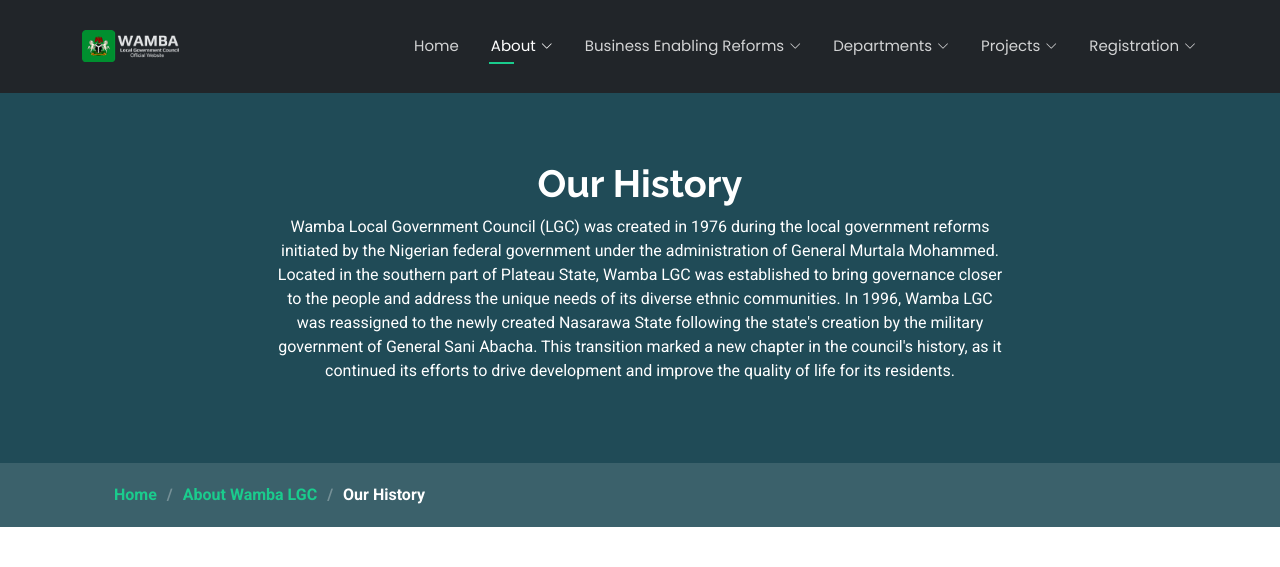
Repository: GlorifiedIntel/wamba-lgc
Page: wamba-history.html
An editor plug-in stored every save of this project. The page is shown before and after the next save, followed by the edit.
The browser window is 1280 px wide. The pictures show the part of the page from y = 0 to 567 px (the page is 4117 px tall).
A picture or video elsewhere on the page could not be fetched, so the positions and the page height are approximate.

Above is the page before, as saved 2025-02-06 03:39:12.
Console error: TypeError: Cannot read properties of null (reading 'click')

### wamba-history.html
<!DOCTYPE html>
<html lang="en">

<head>
  <meta charset="utf-8">
  <meta http-equiv="X-UA-Compatible" content="IE=edge">
  <meta name="viewport" content="width=device-width, initial-scale=1.0">
  <meta name="format-detection" content="telephone=no">
  <meta name="apple-mobile-web-app-capable" content="yes">
  <meta name="author" content="Kevin Cross Minchakpu">
  <meta name="keywords" content="Wamba, Nasarawa, Industry, Trade, Investment, Entrepreneur">
  <meta name="description" content="Wamba Local Government Council is one of the administrative divisions within Nasarawa State, Nigeria. It is located in the northern part of the state and is predominantly inhabited by diverse ethnic groups, including Rindre, and other indigenous communities.Wamba Local Government Council is one of the administrative divisions within Nasarawa State, Nigeria. It is located in the northern part of the state and is predominantly inhabited by diverse ethnic groups, including Rindre, and other indigenous communities.">
  <title>Wamba Local Government Council</title>
  <!-- Favicons -->
  <link href="assets/img/favicon.png" rel="icon">
  <link href="assets/img/apple-touch-icon.png" rel="apple-touch-icon">

  <!-- Fonts -->
  <link href="https://fonts.googleapis.com" rel="preconnect">
  <link href="https://fonts.gstatic.com" rel="preconnect" crossorigin>
  <link href="https://fonts.googleapis.com/css2?family=Roboto:ital,wght@0,100;0,300;0,400;0,500;0,700;0,900;1,100;1,300;1,400;1,500;1,700;1,900&family=Poppins:ital,wght@0,100;0,200;0,300;0,400;0,500;0,600;0,700;0,800;0,900;1,100;1,200;1,300;1,400;1,500;1,600;1,700;1,800;1,900&family=Raleway:ital,wght@0,100;0,200;0,300;0,400;0,500;0,600;0,700;0,800;0,900;1,100;1,200;1,300;1,400;1,500;1,600;1,700;1,800;1,900&display=swap" rel="stylesheet">

  <!-- Vendor CSS Files -->
  <link href="assets/vendor/bootstrap/css/bootstrap.min.css" rel="stylesheet">
  <link href="assets/vendor/bootstrap-icons/bootstrap-icons.css" rel="stylesheet">
  <link href="assets/vendor/aos/aos.css" rel="stylesheet">
  <link href="assets/vendor/glightbox/css/glightbox.min.css" rel="stylesheet">
  <link href="assets/vendor/swiper/swiper-bundle.min.css" rel="stylesheet">

  <!-- Main CSS File -->
  <link href="assets/css/main.css" rel="stylesheet">
</head>

<body class="index-page">
  <header id="header" class="header d-flex align-items-center fixed-top bg-dark">
    <div class="container-fluid container-xl position-relative d-flex align-items-center justify-content-between">
      <a href="index.html" class="logo d-flex align-items-center">
        <img src="assets/img/wamba-logo-2.png" alt="Logo" >
      </a>
      <nav id="navmenu" class="navmenu">
        <ul>
          <li><a href="index.html">Home</a></li>
          <li class="dropdown"><a href="about-mtii.html" class="active"><span>About</span> <i class="bi bi-chevron-down toggle-dropdown"></i></a>
            <ul>
              <li><a href="about-mtii.html">Nasarawa MTII</a></li>
                  <li><a href="mtii-history.html">MTII History</a></li>
                  <li><a href="the-commissioner.html" >The Commissioner</a></li>
                  <li><a href="the-secretary.html" >The Permanent Secretary</a></li>
                  <li><a href="directors.html" >Our Directors</a></li>
                  <li><a href="contact-us.html" >Our Contact</a></li>
            </ul>
          </li>

          <li class="dropdown"><a href="business-reforms.html"><span>Business Enabling Reforms</span> <i class="bi bi-chevron-down toggle-dropdown"></i></a>
            <ul>
              <li><a href="business-plans.html">Business Enabling Action Plan</a></li>
                  <li><a href="grievance.html">Grievance Redress Mechanism</a></li>
                  <li><a href="application-guidelines.html" >Application Guidelines</a></li>
                  <li><a href="legal-framework.html" >Legal Framework</a></li>
                  <li><a href="investment-opportunities.html" >Investment Opportunities</a></li>
            </ul>
          </li>

          <li class="dropdown"><a href="departments.html"><span>Departments</span> <i class="bi bi-chevron-down toggle-dropdown"></i></a>
            <ul>
              <li><a href="admin.html">Administration & Supply</a></li>
              <li><a href="cooperative.html">Cooperative & Thrift</a></li>
              <li><a href="finance.html">Finance & Account</a></li>
              <li><a href="investment.html">Industry & Investment</a></li>
              <li><a href="planning.html">Planning/Research/Statistics</a></li>
              <li><a href="trade.html">Trade</a></li>
            </ul>
          </li>

          <li class="dropdown"><a href="projects.html"><span>Projects</span> <i class="bi bi-chevron-down toggle-dropdown"></i></a>
            <ul>
              <li><a href="completed.html">Completed Projects</a></li>
                  <li><a href="ongoing.html">Ongoing Projects</a></li>
                  <li><a href="proposed.html" >Proposed Projects</a></li>
            </ul>
          </li>

          <li class="dropdown"><a href="registration.html"><span>Registration</span> <i class="bi bi-chevron-down toggle-dropdown"></i></a>
            <ul>
              <li><a href="howtoregister.html">How To Register</a></li>
                  <li><a href="online-registration.html">Online Registration</a></li>
                  <li><a href="businame-name.html" >Business Name Registration</a></li>
                  <li><a href="business-premises.html" >Business Premises Registration</a></li>
                  <li><a href="faqs.html" >FAQs</a></li>
            </ul>
          </li>
        </ul>
        <i class="mobile-nav-toggle d-xl-none bi bi-list"></i>
      </nav>

    </div>
  </header>

  <main class="main">

    <!-- Page Title -->
    <div class="page-title dark-background" data-aos="fade">
      <div class="heading">
        <div class="container">
          <div class="row d-flex justify-content-center text-center">
            <div class="col-lg-8">
              <h1>Our History</h1>
              <p class="mb-0">Wamba Local Government Council (LGC) was created in 1976 during the local government reforms initiated by the Nigerian federal government under the administration of General Murtala Mohammed. Located in the southern part of Plateau State, Wamba LGC was established to bring governance closer to the people and address the unique needs of its diverse ethnic communities. In 1996, Wamba LGC was reassigned to the newly created Nasarawa State following the state's creation by the military government of General Sani Abacha. This transition marked a new chapter in the council's history, as it continued its efforts to drive development and improve the quality of life for its residents.</p>
            </div>
          </div>
        </div>
      </div>
      <nav class="breadcrumbs">
        <div class="container">
          <ol>
            <li><a href="index.html">Home</a></li>
            <li><a href="about-mtii.html">About Wamba LGC</a></li>
            <li class="current">Our History</li>
          </ol>
        </div>
      </nav>
    </div><!-- End Page Title -->
    <section id="starter-section" class="starter-section section">
      <div class="container text-center">
        <div class="row justify-content-start">
          <div class="col-md-4 left-column">
            <div class="mtii-vertical-menu">
              <a href="about-mtii.html" class="active">About Wamba LGC</a>
              <a href="about-mtii.html">Our Mission</a>
              <a href="the-commissioner.html">The Executive Chairman</a>
              <a href="the-deputy.html">The Deputy Chairman</a>
              <a href="the-secretary.html">The Secretary</a>
              <a href="departments.html">Departments</a>
              <a href="registration-fee.html">Registration Fees</a>
              <a href="online-registration.html">Registration</a>
              <a href="strategic-plans.html">Strategic Plan</a>
              <a href="climate-change.html">Climate change Information Hub</a>
              <a href="our-history.html">Our History</a>
              <a href="our-policies.html">Our Policies</a>
              <a href="contact-us.html">Contact Us</a>
            </div>
            <img src="assets/img/biz-reform-3.jpg" alt="market" class="img-fluid mt-5">
            <img src="assets/img/medicals-2.jpg" alt="Health Worker" class="img-fluid mt-5">

          </div>
          <div class="col-md-8 right-column text-start">
            <h3>Creation and Early Years</h3>
            <p>Wamba Local Government Council (LGC) was established in [insert year of creation, if known], as part of the broader local government reforms in Nigeria aimed at bringing governance closer to the people. Located in Nasarawa State, Wamba LGC was carved out to serve the administrative, social, and economic needs of the Wamba community, which is predominantly inhabited by diverse ethnic groups, including the Rindre, Kantana people, among others. The creation of the LGC was a significant milestone in the region’s development, providing a platform for grassroots governance and community-driven progress.            </p>
          <h3>Early Development and Challenges</h3>
          <p>In its early years, Wamba LGC faced numerous challenges, including limited infrastructure, inadequate public services, and a lack of economic opportunities. The council focused on establishing basic administrative structures, improving access to education and healthcare, and fostering unity among the diverse ethnic groups within its jurisdiction. Despite limited resources, the LGC made strides in promoting peace and cooperation among its communities, laying the foundation for future growth.</p>
          <h3>Socio-Economic Growth</h3>
          <p>Over the years, Wamba LGC has experienced significant socio-economic growth, driven by strategic development initiatives and community-driven projects. The council has prioritized infrastructure development, education, healthcare, and agriculture to improve the quality of life for its residents. Through partnerships with government agencies, non-profit organizations, and private sector stakeholders, Wamba LGC has implemented programs to address poverty, unemployment, and social inequality, fostering inclusive growth and sustainable development.</p>
          <h3>Cultural Heritage and Community Life</h3>
          <p>Wamba LGC is renowned for its rich cultural heritage, with traditional festivals, dances, and ceremonies playing a central role in community life. The council has consistently supported efforts to preserve and promote this heritage, fostering a sense of pride and identity among its people. Cultural events have also served as a platform for promoting unity and peaceful coexistence among the diverse ethnic groups in the area.          </p>
          <h3>Recent Developments and Achievements</h3>
          <p>In recent years, Wamba LGC has made significant progress in addressing key challenges and advancing its development agenda. The council has embraced technology and innovation to improve service delivery and governance. Efforts have been made to enhance education and healthcare services, with the construction of new schools and health centers. Infrastructure development has remained a priority, with ongoing projects to improve road networks and provide access to clean water and electricity.          </p>
        <h3>Environmental Sustainability</h3>
        <p>Wamba LGC is committed to environmental sustainability and has implemented initiatives to protect its natural resources and promote eco-friendly practices. The council has supported tree planting campaigns, waste management programs, and renewable energy projects to mitigate the impact of climate change and preserve the region’s biodiversity. By promoting environmental awareness and conservation, Wamba LGC is working to create a greener and more sustainable future for its residents.</p>
        <h3>Community Engagement and Governance</h3>
        <p>Community engagement and participatory governance are central to Wamba LGC’s development approach. The council has established mechanisms for citizen participation, feedback, and collaboration to ensure that community needs and priorities are reflected in its policies and programs. Through town hall meetings, community forums, and stakeholder consultations, Wamba LGC has fostered a culture of transparency, accountability, and inclusivity in its decision-making processes.</p>
        <h3>Vision for the Future</h3>
        <p>Looking ahead, Wamba LGC is committed to building on its achievements and addressing emerging challenges to realize its vision for the future. The council aims to promote sustainable development, economic growth, and social inclusion, guided by principles of equity, justice, and integrity. By harnessing the creativity, resilience, and potential of its people, Wamba LGC seeks to create a vibrant, prosperous, and harmonious community that serves as a model of excellence and innovation in Nasarawa State.</p>
        <h3>Conclusion</h3>
        <p>Wamba Local Government Council has played a pivotal role in the development of the Wamba community, providing essential services, fostering social cohesion, and driving economic progress. Through its commitment to good governance, community engagement, and sustainable development, the council has made significant contributions to the well-being and prosperity of its residents. As Wamba LGC continues on its development journey, it remains dedicated to building a brighter future for its people and creating a legacy of excellence that will endure for generations to come.</p>
        <h2>Major Policy Thrusts</h2>
          <p>Wamba LGC’s policy framework is guided by a comprehensive set of strategic objectives aimed at unlocking Nasarawa State's full economic potential and significantly improving the quality of life for its residents. These objectives are designed to harness the state’s abundant natural resources, human capital, and entrepreneurial spirit, fostering an environment that promotes sustainable development and inclusive growth. By aligning its policies with global best practices and state-specific needs, the Ministry seeks to drive innovation, create jobs, and ensure equitable access to economic opportunities across all sectors. The major policy thrusts include:</p>

      </div>
      </div>
    </section><!-- /Starter Section Section -->
    <div class="container">
       <div class="row justify-content-center">
			<div class="col-md-6">
				<!-- Step -->
        <div class="card rounded-0 text-center p-3 bg-light px-5 mb-5">
					<div class="d-flex rounded-circle mx-auto align-items-center justify-content-center text-white fs-3 fw-bold bg-primary border border-white border-4" style="width: 4rem; height:4rem; margin-top: -3rem;">
						1
					</div>
					<h5 class="mt-3">Optimum Utilization of Resources:</h5>
					<p class="text-muted">Wamba LGC is committed to ensuring the efficient and effective use of the state’s natural, human, and financial resources to achieve sustainable economic growth and development.</p>
				</div>
				<!-- Step -->
				<div class="card rounded-0 text-center p-3 bg-light px-5 mb-5">
					<div class="d-flex rounded-circle mx-auto align-items-center justify-content-center text-white fs-3 fw-bold bg-primary border border-white border-4" style="width: 4rem; height:4rem; margin-top: -3rem;">
						2
					</div>
					<h5 class="mt-3">Rural Industrialization through Cooperative Initiatives:</h5>
					<p class="text-muted">The Local Government focuses on stimulating industrial activities in rural areas by leveraging the cooperative approach and establishing catalytic projects. These initiatives aim to unlock the economic potential of rural communities and reduce urban migration.</p>
				</div>
				<!-- Step -->
				<div class="card rounded-0 text-center p-3 bg-light px-5 mb-5">
					<div class="d-flex rounded-circle mx-auto align-items-center justify-content-center text-white fs-3 fw-bold bg-primary border border-white border-4" style="width: 4rem; height:4rem; margin-top: -3rem;">
						3
					</div>
					<h5 class="mt-3">Promoting Private Sector Participation:</h5>
					<p class="text-muted">Wamba LGC actively creates opportunities for private sector engagement in the state’s economic development. By fostering a business-friendly environment, the Ministry encourages investment, innovation, and entrepreneurship to drive job creation and economic empowerment for the people of Nasarawa State.</p>
				</div>
        <p class="mx-5">Through its history and strategic focus, the Local Government remains a vital driver of Nasarawa State’s transformation into a thriving hub of trade, industry, and investment.</p>
        <a class="btn btn-dark my-5 align-items-center" href="#" role="button">Our Past Leaders</a>
      </div>
      <div >
     </div>
		</div>
	</div>
    </main>
  <!--Main End-->

<!--Footer Start-->
<footer id="footer" class="footer dark-background">

  <div class="container footer-top">
    <div class="row gy-4">
      <div class="col-lg-4 col-md-6 footer-about">
        <a href="index.html" class="logo d-flex align-items-center">
          <span class="sitename">Wamba LGC</span>
        </a>
        <div class="footer-contact pt-3">
         <p>Jos Road,</p>
          <p>Wamba, Nasarawa State </p>
          <p class="mt-3"><strong>Phone:</strong> <span>+234 5589 55488 55</span></p>
          <p><strong>Email:</strong> <span>info@wamba.gov.ng</span></p>
        </div>
        <div class="social-links d-flex mt-4">
          <a href="" title="Twitter"><i class="bi bi-twitter-x"></i></a>
          <a href="" title="Facebook"><i class="bi bi-facebook"></i></a>
          <a href="" title="Instagram"><i class="bi bi-instagram"></i></a>
          <a href="" title="LinkedIn"><i class="bi bi-linkedin"></i></a>
        </div>
      </div>

      <div class="col-lg-2 col-md-3 footer-links">
        <h4>Useful Links</h4>
        <ul>
          <li><a href="index.html">Home</a></li>
          <li><a href="about-mtii.html">About us</a></li>
          <li><a href="services.html">Services</a></li>
          <li><a href="terms-of-use.html">Terms of service</a></li>
          <li><a href="privacy-policy.html">Privacy policy</a></li>
        </ul>
      </div>

      <div class="col-lg-2 col-md-3 footer-links">
        <h4>Our Services</h4>
        <ul>
          <li><a href="business-premises.html">Business Premises Registration</a></li>
          <li><a href="ngo-cbo-registration.html">NGOs/CBOs Registration</a></li>
          <li><a href="fbo-registration.html">FBOS Registration</a></li>
          <li><a href="cooperative-registration.html">Co-operative Society Registration</a></li>
          <li><a href="rent.html">Rent/Leasing/Haulage</a></li>
        </ul>
      </div>

      <div class="col-lg-4 col-md-12 footer-newsletter">
        <h4>Our Newsletter</h4>
        <p>Subscribe to our newsletter and receive the latest news about our services!</p>
        <form action="forms/newsletter.php" method="post" class="php-email-form">
          <div class="newsletter-form"><input type="email" name="email"><input type="submit" value="Subscribe"></div>
          <div class="loading">Loading</div>
          <div class="error-message"></div>
          <div class="sent-message">Your subscription request has been sent. Thank you!</div>
        </form>
      </div>

    </div>
  </div>

  <div class="container-fluid copyright text-center mt-4 bg-dark">
    <p>© <span>Copyright</span> <strong class="px-1 sitename">Wamba LGC</strong> <span>All Rights Reserved</span></p>
    <div class="credits">
      Designed & Developed by <a href="https://kevinomics.com/">Kevin Cross Minchakpu</a> Powered By <a href="https://octatesystems.com">Octate Systems</a>
    </div>
  </div>

</footer>

<!-- Scroll Top -->

<button id="scroll-top" class="scroll-top d-flex bg-dark align-items-center justify-content-center" title="Scroll to top"><i class="bi bi-arrow-up-short"></i></button>
<!-- Preloader -->
<div id="preloader"></div>

<!-- Vendor JS Files -->
<script src="assets/vendor/bootstrap/js/bootstrap.bundle.min.js"></script>
<script src="assets/vendor/php-email-form/validate.js"></script>
<script src="assets/vendor/aos/aos.js"></script>
<script src="assets/vendor/glightbox/js/glightbox.min.js"></script>
<script src="assets/vendor/purecounter/purecounter_vanilla.js"></script>
<script src="assets/vendor/swiper/swiper-bundle.min.js"></script>

<!-- Main JS File -->
<script src="assets/js/main.js"></script>
<script src="assets/js/reforms.js"></script>

</body>
</html>

Loaded but not shown: assets/vendor/bootstrap/css/bootstrap.min.css (library); assets/vendor/bootstrap-icons/bootstrap-icons.css (library); assets/vendor/aos/aos.css (library); assets/vendor/glightbox/css/glightbox.min.css (library); assets/vendor/swiper/swiper-bundle.min.css (library); assets/vendor/bootstrap/js/bootstrap.bundle.min.js (library); assets/vendor/php-email-form/validate.js (common file); assets/vendor/aos/aos.js (library); assets/vendor/glightbox/js/glightbox.min.js (library); assets/vendor/purecounter/purecounter_vanilla.js (library); assets/vendor/swiper/swiper-bundle.min.js (library); assets/js/main.js (181 lines, source omitted); assets/js/reforms.js (43 lines, source omitted); assets/css/main.css (1741 lines, source omitted)

After the next save:
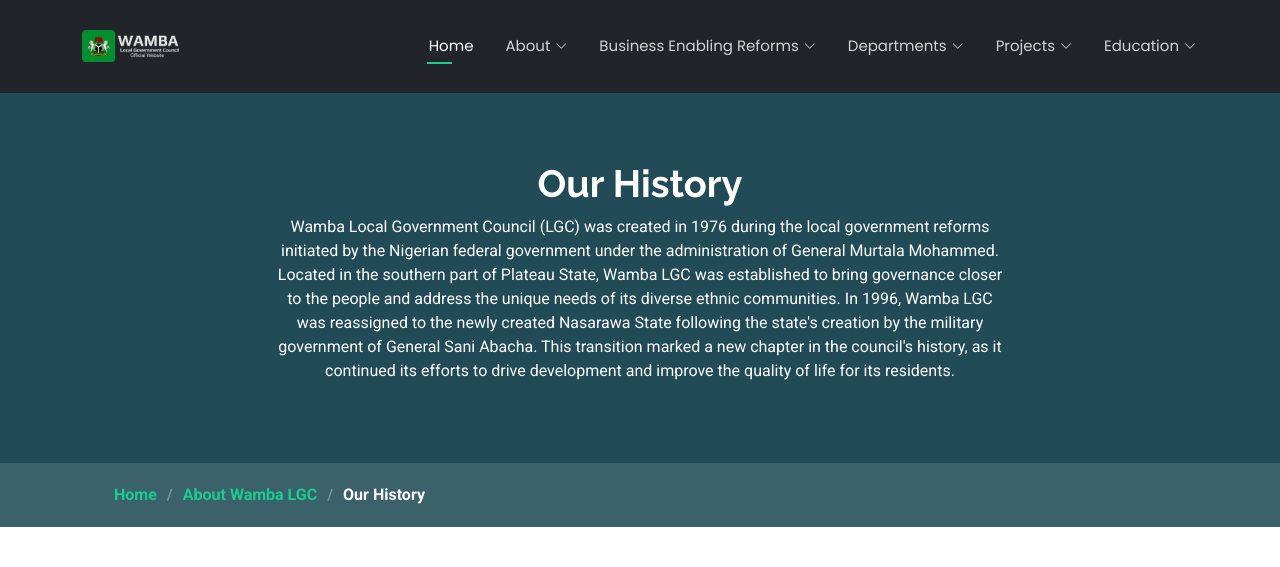
Saved 107 s later.
--- a/wamba-history.html
+++ b/wamba-history.html
@@ -39,37 +39,39 @@
       </a>
       <nav id="navmenu" class="navmenu">
         <ul>
-          <li><a href="index.html">Home</a></li>
-          <li class="dropdown"><a href="about-mtii.html" class="active"><span>About</span> <i class="bi bi-chevron-down toggle-dropdown"></i></a>
-            <ul>
-              <li><a href="about-mtii.html">Nasarawa MTII</a></li>
-                  <li><a href="mtii-history.html">MTII History</a></li>
-                  <li><a href="the-commissioner.html" >The Commissioner</a></li>
-                  <li><a href="the-secretary.html" >The Permanent Secretary</a></li>
-                  <li><a href="directors.html" >Our Directors</a></li>
+          <li><a href="index.html" class="active">Home</a></li>
+          <li class="dropdown"><a href="about-mtii.html"><span>About</span> <i class="bi bi-chevron-down toggle-dropdown"></i></a>
+            <ul>
+              <li><a href="about-wamba.html">Wamba LGC</a></li>
+                  <li><a href="wamba-history.html">Wamba History</a></li>
+                  <li><a href="the-chairman.html" >The Executive Chairman</a></li>
+                  <li><a href="the-deputy.html" >The Deputy Chairman</a></li>
+                  <li><a href="the-secretary.html" >The Secretary</a></li>
+                  <li><a href="directors.html" >Our Legislators</a></li>
                   <li><a href="contact-us.html" >Our Contact</a></li>
             </ul>
           </li>
 
-          <li class="dropdown"><a href="business-reforms.html"><span>Business Enabling Reforms</span> <i class="bi bi-chevron-down toggle-dropdown"></i></a>
+          <li class="dropdown"><a href="#"><span>Business Enabling Reforms</span> <i class="bi bi-chevron-down toggle-dropdown"></i></a>
             <ul>
               <li><a href="business-plans.html">Business Enabling Action Plan</a></li>
                   <li><a href="grievance.html">Grievance Redress Mechanism</a></li>
                   <li><a href="application-guidelines.html" >Application Guidelines</a></li>
                   <li><a href="legal-framework.html" >Legal Framework</a></li>
                   <li><a href="investment-opportunities.html" >Investment Opportunities</a></li>
-            </ul>
+              </ul>
           </li>
 
           <li class="dropdown"><a href="departments.html"><span>Departments</span> <i class="bi bi-chevron-down toggle-dropdown"></i></a>
             <ul>
-              <li><a href="admin.html">Administration & Supply</a></li>
-              <li><a href="cooperative.html">Cooperative & Thrift</a></li>
-              <li><a href="finance.html">Finance & Account</a></li>
-              <li><a href="investment.html">Industry & Investment</a></li>
-              <li><a href="planning.html">Planning/Research/Statistics</a></li>
-              <li><a href="trade.html">Trade</a></li>
-            </ul>
+              <li><a href="admin.html">Administration</a></li>
+              <li><a href="agriculture.html">Agriculture and Natural Resources</a></li>
+              <li><a href="education.html">Education</a></li>
+              <li><a href="environment.html">Environmental Services</a></li>
+              <li><a href="finance.html">Finance and Accounts</a></li>
+              <li><a href="health.html">Health</a></li>
+              <li><a href="all-departments.html">More Departments</a></li>
+             </ul>
           </li>
 
           <li class="dropdown"><a href="projects.html"><span>Projects</span> <i class="bi bi-chevron-down toggle-dropdown"></i></a>
@@ -80,12 +82,12 @@
             </ul>
           </li>
 
-          <li class="dropdown"><a href="registration.html"><span>Registration</span> <i class="bi bi-chevron-down toggle-dropdown"></i></a>
-            <ul>
-              <li><a href="howtoregister.html">How To Register</a></li>
-                  <li><a href="online-registration.html">Online Registration</a></li>
-                  <li><a href="businame-name.html" >Business Name Registration</a></li>
-                  <li><a href="business-premises.html" >Business Premises Registration</a></li>
+          <li class="dropdown"><a href="registration.html"><span>Education</span> <i class="bi bi-chevron-down toggle-dropdown"></i></a>
+            <ul>
+              <li><a href="ubec.html">UBEC</a></li>
+                  <li><a href="secondary-schools.html">Secondary Schools</a></li>
+                  <li><a href="private-schools.html" >Private Schools</a></li>
+                  <li><a href="relevant-tech.html" >Relevant Technology</a></li>
                   <li><a href="faqs.html" >FAQs</a></li>
             </ul>
           </li>
